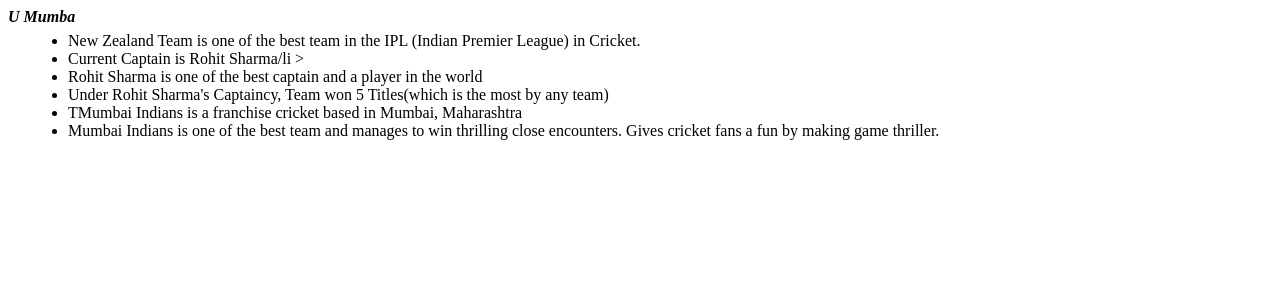
Repository: devanshudave1901/DevanshuDave_Sec002_ICE-05
Page: InfoFiles/uMumba.html
These files come from the project's save history. The page is drawn as it stood at one moment and after the next save; the edit follows.
The browser window is 1280 px wide. The pictures show the whole page.

Above is the page before, as saved 2022-03-20 21:15:36.

After the next save:
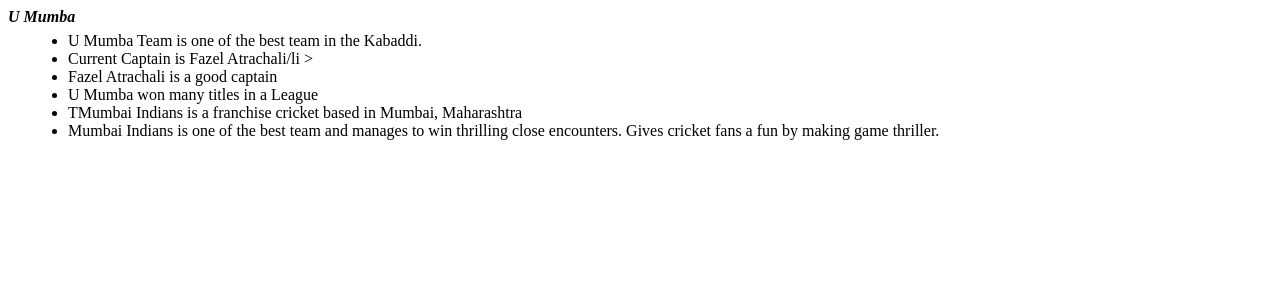
Saved 96 s later.
--- a/InfoFiles/uMumba.html
+++ b/InfoFiles/uMumba.html
@@ -7,10 +7,10 @@
 </head>
 <body>
 <div>
-<b><i>U Mumba</i></b><ul style="margin: 6px 0px 6px 20px; text-indent: 0pt;"> <li> New Zealand Team is one of the best team in the IPL (Indian Premier League) in Cricket.
-<li >Current Captain is </b>Rohit Sharma/li
-><li > Rohit Sharma is one of the best captain  and a player in the world</li>
-<li>Under Rohit Sharma's Captaincy, Team won 5 Titles(which is the most by any team)</li>
+<b><i>U Mumba</i></b><ul style="margin: 6px 0px 6px 20px; text-indent: 0pt;"> <li> U Mumba Team is one of the best team in the Kabaddi.
+<li >Current Captain is </b>Fazel Atrachali/li
+><li > Fazel Atrachali is a good captain</li>
+<li>U Mumba won many titles in a League</li>
 <li>TMumbai Indians is a franchise cricket based in Mumbai, Maharashtra</li>
 <li >Mumbai Indians is one of the best team and manages to win thrilling close encounters. Gives cricket fans a fun by making game thriller.</li>
 </div>
